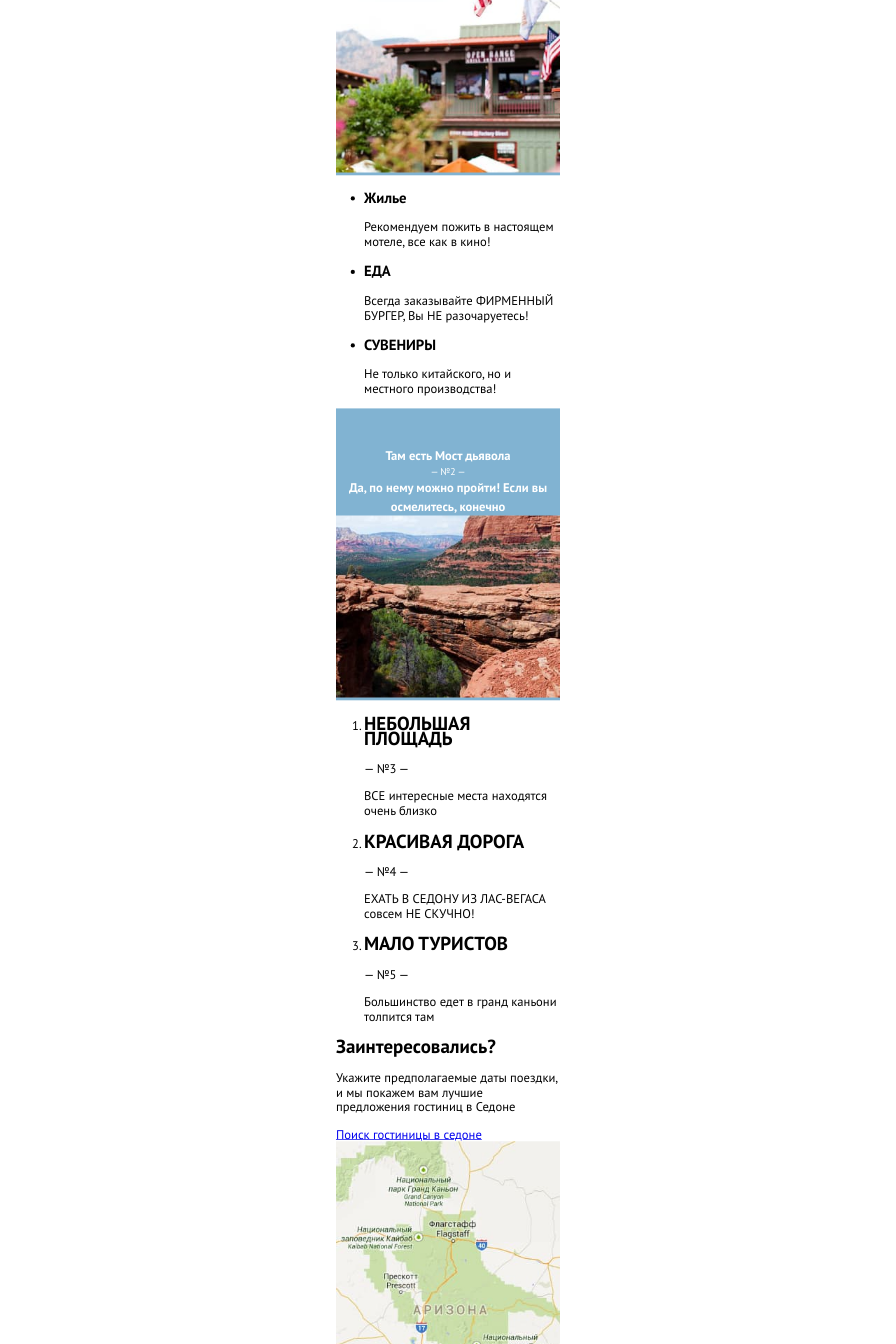
Repository: iKrekus/2149661-sedona-27
Page: source/index.html
An editor plug-in stored every save of this project. The page is shown before and after the next save, followed by the edit.
The browser window is 1280 px wide. The pictures show the part of the page from y = 789 to 2709 px (the page is 2890 px tall before and 2970 px after), at 70% of full size.
The style sheet was rebuilt from its Sass, Less or Tailwind sources for each picture, by a compiler version that may differ from the author's.

Above is the page before, as saved 2022-12-04 21:10:29.

### source/index.html
<!DOCTYPE html>
<html class="page" lang="ru">
  <head>
    <meta charset="utf-8">
    <link rel="stylesheet" href="css/style.css">
    <title>HTML Academy: Седона</title>
  </head>
<body class="page__body">
  <header class="main-header">
    <a class="main-header__logo">
      <img src="img/logos/logo.svg" width="185" height="96" alt="Логотип 'Седона'.">
    </a>
    <div class="main-nav">
      <button class="main-nav__toggle" type="button">
        <span class="visually-hidden">Меню</span>
        <svg width="23" height="22" viewBox="0 0 23 22" fill="currentColor" xmlns="http://www.w3.org/2000/svg"><path d="M22.9 0H0v4h22.9V0ZM22.9 9H0v4h22.9V9ZM22.9 18H0v4h22.9v-4Z"/></svg>
      </button>
      <nav class="main-nav__wrapper main-nav__wrapper--hidden">
        <a class="main-nav__item main-nav__item--current" href="index.html">
          Главная
        </a>
        <a class="main-nav__item" href="catalog.html">
          Фото и видео
        </a>
        <a class="main-nav__item" href="form.html">
          Форма отзыва
        </a>
        <a class="main-nav__item" href="https://htmlacademy.ru/">
          HTMLACADEMY
        </a>
      </nav>
      <button class="main-nav__toggle main-nav__toggle--close" type="button">
        <span class="visually-hidden">Закрыть</span>
        <svg width="23" height="23" viewBox="0 0 23 23" fill="currentColor" xmlns="http://www.w3.org/2000/svg"><path d="M22.2 2.8 19.4 0l-8.3 8.3L2.8 0 0 2.8l8.3 8.3L0 19.4l2.8 2.8 8.3-8.3 8.3 8.3 2.8-2.8-8.3-8.3 8.3-8.3Z"/></svg>
      </button>
    </div>
  </header>
  <main class="main-container">
    <h1 class="visually-hidden">Поиск гостиниц в Седоне</h1>
      <section class="hero-block">
        <div class="hero-text-wrapper">
          <h2 class="hero-block__title">
            СЕДОНА — небольшой городок в АРИЗОНЕ,<br> заслуживающий большего!
          </h2>
          <p class="hero-block__description">
            Рассмотрим 5 причин, по которым Седона круче, чем гранд каньон!
          </p>
        </div>
      </section>
    <section class="features">
        <h3 class="features__features-title">
          НАСТОЯЩИЙ ГОРОДОК
        </h3>
        <p class="features__features-divider">
          <!--Далее будет сделан через псевдоэлемент Или потом будет выводится, как номер пункта в списке, если переделать features в список-->
          — №1 —
        </p>
        <p class="features__features-description">
          СЕДОНА НЕ АТТРАКЦИОН ДЛЯ ТУРИСТОВ, ТАМ ТЕЧЕТ СВОЯ ЖИЗНЬ
        </p>
      <img src="img/photo/sedona-town-mobile.jpg" alt="Фото Города." width="320" height="260">
    </section>
    <section class="advantages">
      <ul class="advantages__list advantages__list--no-number">
        <li class="advantages__item">
          <h3 class="advantages__title">
            Жилье
          </h3>
          <p class="advantages__description">
            Рекомендуем пожить в настоящем мотеле, все как в кино!
          </p>
        </li>
        <li class="advantages__item">
          <h3 class="advantages__title">
            ЕДА
          </h3>
          <p class="advantages__description">
            Всегда заказывайте ФИРМЕННЫЙ БУРГЕР, Вы НЕ разочаруетесь!
          </p>
        </li>
        <li class="advantages__item">
          <h3 class="advantages__title">
            СУВЕНИРЫ
          </h3>
          <p class="advantages__description">
            Не только китайского, но и местного производства!
          </p>
        </li>
      </ul>
    </section>
    <section class="features">
        <h3 class="features__features-title">
          Там есть Мост дьявола
        </h3>
        <p class="features__features-divider">
          <!--Далее будет сделан через псевдоэлемент Или потом будет выводится, как номер пункта в списке, если переделать features в список-->
          — №2 —
        </p>
        <p class="features__features-title">
          Да, по нему можно пройти! Если вы осмелитесь, конечно
        </p>
      <img src="img/photo/devil-gridge-mobile.jpg" alt="Фото - 'Мост дьявола'." width="320" height="260">
    </section>
    <section class="advantages">
      <ol class="advantages__list">
        <li class="advantages__item">
          <h2 class="advantages__title">
            НЕБОЛЬШАЯ ПЛОЩАДЬ
          </h2>
          <p class="advantages__advantages-divider">
            <!--Далее будет сделан через псевдоэлемент Или потом будет выводится, как номер пункта в списке, если переделать features в список-->
            — №3 —
          </p>
          <p class="advantages__description">
            ВСЕ интересные места находятся очень близко
          </p>
        </li>
        <li class="advantages__item">
          <h2 class="advantages__title">
            КРАСИВАЯ ДОРОГА
          </h2>
          <p class="advantages__advantages-divider">
            <!--Далее будет сделан через псевдоэлемент Или потом будет выводится, как номер пункта в списке, если переделать features в список-->
            — №4 —
          </p>
          <p class="advantages__description">
            ЕХАТЬ В СЕДОНУ ИЗ ЛАС-ВЕГАСА совсем НЕ СКУЧНО!
          </p>
        </li>
        <li class="advantages__item">
          <h2 class="advantages__title">
            МАЛО ТУРИСТОВ
          </h2>
          <p class="advantages__advantages-divider">
            <!--Далее будет сделан через псевдоэлемент Или потом будет выводится, как номер пункта в списке, если переделать features в список-->
            — №5 —
          </p>
          <p class="advantages__description">
            Большинство едет в гранд каньони толпится там
          </p>
        </li>
      </ol>
    </section>
    <section class="action-form">
      <h2 class="action-form__title">Заинтересовались?</h2>
      <p class="action-form__description">Укажите предполагаемые даты поездки,<br>и мы покажем вам лучшие предложения гостиниц в Седоне</p>
      <a class="action-form__link button button-serch" href="#">Поиск гостиницы в седоне</a>
    </section>
    <div class="search-map">
      <img src="img/photo/map-mobile.jpg" alt="Карта." width="320" height="350">
    </div>
  </main>
  <footer class="main-footer">
    <p class="main-footer__title">
      #visitSEDONA
    </p>
      <div class="main-footer__social">
          <a class="main-footer__link button" href="https://vk.com/htmlacademy">
              <span class="visually-hidden">Вконтакте</span>
              <svg aria-hidden="true" focusable="false" width="24" height="14" fill="none" xmlns="http://www.w3.org/2000/svg">
                <path fill-rule="evenodd" clip-rule="evenodd" d="M24.116 1.804c.166-.546 0-.948-.795-.948h-2.625c-.668 0-.976.347-1.143.73 0 0-1.335 3.196-3.226 5.272-.612.602-.89.793-1.224.793-.167 0-.418-.19-.418-.738V1.804c0-.656-.184-.948-.74-.948H9.817c-.417
              0-.668.304-.668.593 0 .621.946.765 1.043 2.513V7.76c0 .833-.153.984-.487.984-.89 0-3.055-3.21-4.34-6.885-.249-.715-.5-1.003-1.172-1.003H1.566c-.75 0-.9.347-.9.73 0 .682.89 4.07 4.145 8.551 2.17 3.06 5.225 4.72 8.008 4.72 1.67 0 1.875-.369
              1.875-1.004V11.54c0-.737.158-.884.687-.884.39 0 1.057.192 2.615 1.667 1.78 1.75 2.073 2.533 3.075 2.533h2.625c.75 0 1.126-.368.91-1.096-.238-.724-1.088-1.775-2.215-3.022-.612-.71-1.53-1.475-1.809-1.858-.389-.49-.278-.71 0-1.147 0 0 3.2-4.426
              3.533-5.929h.001Z" fill="#83B3D3"/>
              </svg>
          </a>
          <a class="main-footer__link button" href="https://t.me/htmlacademy">
              <span class="visually-hidden">Телеграмм</span>
              <svg aria-hidden="true" focusable="false" width="18" height="16" fill="none" xmlns="http://www.w3.org/2000/svg">
                <path d="M16.79.96.84 7.1c-1.09.44-1.08 1.05-.2 1.32l4.1 1.28 9.47-5.98c.44-.27.85-.13.52.17l-7.68 6.93-.28 4.22c.41 0 .6-.2.83-.41l1.99-1.94 4.13 3.06c.77.42 1.31.2 1.5-.71l2.72-12.8c.28-1.1-.43-1.61-1.16-1.28Z" fill="#83B3D3"/>
              </svg>
          </a>
          <a class="main-footer__link button" href="https://www.youtube.com/user/htmlacademyru">
              <span class="visually-hidden">Youtube</span>
              <svg aria-hidden="true" focusable="false" width="22" height="17" fill="none" xmlns="http://www.w3.org/2000/svg">
                <path d="M18.94.356H3.507C1.647.356.333 1.95.333 3.756V13.85c0 1.913 1.314 3.506 3.174 3.506H19.16c1.642 0 3.174-1.593 3.174-3.4v-10.2c-.219-1.806-1.532-3.4-3.393-3.4ZM7.995 12.894V4.819l7.333 4.037-7.333 4.038Z" fill="#83B3D3"/>
              </svg>
          </a>
      </div>
      <div class="copyrirht-footer-wrapper">
        <div class="copyrirht-footer">
          <a class="copyrirht-footer__link" href="https://htmlacademy.ru/">
            <span class="copyrirht-footer__description">Разарботанно</span>
            <span class="visually-hidden">HTML Academy</span>
            <svg xmlns="http://www.w3.org/2000/svg" viewBox="0 0 60 60" width="27" height="34"><path fill="#000000" d="M30.2 5h-.2l-19.7 2.1v36.2l19.7 11.7 19.7-11.7v-36.2l-19.5-2.1zm17 36.8l-17.2 10.2-17.2-10.2v-14.8l17.1 10.2v1.8l-11.7-7v1.8l11.8 7.1v1.9l-11.8-7v1.8l11.8 7 11.9-7.1v-7.6l5.3-3.2v15.1zm-.1-17l-4.7 2.8-2.2 1.3-10.3-6.1v1.8l8.8 5.3h-.1l-.2.1-1.3.7-7.3-4.3v1.8l5.8 3.4-1.4.9-4.3-2.6v1.8l2.9 1.7-2.9 1.7-17-10.1 17-10.2 17.2 10zm.1-1.8l-17.3-10.2-17.1 10.2v-13.6l17.2-1.8 17.2 1.8v13.6z"/></svg>
          </a>
        </div>
      </div>
  </footer>
</body>
</html>

### source/sass/style.scss
// Начните писать стили здесь
@use "./blocks/mixins.scss";
@use "./blocks/variables.scss";
@use "./blocks/header/main-header.scss";
@use "./blocks/header/main-container.scss";
@use "./blocks/header/main-nav.scss";
@use "./blocks/body/hero-block.scss";
@use "./blocks/body/features.scss";


@font-face {
  font-family: "PT sans";
  src: url("../fonts/ptsans.woff") format("woof"), url("../fonts/ptsans.woff2") format("woff2");
  font-style: normal;
  font-weight: 400;
  font-display: swap;
}

@font-face {
  font-family: "PT sans";
  src: url("../fonts/ptsansbold.woff") format("woof"), url("../fonts/ptsansbold.woff2") format("woff2");
  font-style: normal;
  font-weight: 700;
  font-display: swap;
}

/* .page__body */
body {
  font-family: "PT Sans", sans-serif;
  font-size: 18px;
  font-style: normal;
  font-weight: 400;
  line-height: 21px;
  display: -webkit-box;
  display: -ms-flexbox;
  display: flex;
  -webkit-box-orient: vertical;
  -webkit-box-direction: normal;
  -ms-flex-direction: column;
  flex-direction: column;
  min-height: 100%;
  width: 320px;
  margin: 0 auto;
}

.visually-hidden {
  position: absolute;
  width: 1px;
  height: 1px;
  margin: -1px;
  border: 0;
  padding: 0;
  white-space: nowrap;
  clip-path: inset(100%);
  clip: rect(0 0 0 0);
  overflow: hidden;
}

### source/sass/blocks/mixins.scss

//Mixins for text
@mixin font-title-mob {
  font-weight: 700;
  font-size: 18px;
  line-height: 26px;
}

@mixin font-description-mob {
  font-weight: 400;
  font-size: 14px;
  line-height: 21px;
}

//Mixins to blocks
//Vertical middle centred block

### source/sass/blocks/variables.scss
//Variable colors
$primary-text-color: #000000;
$secondary-text-color: #333333;
$light-text-color: #ffffff;

### source/sass/blocks/header/main-header.scss
@use "../mixins.scss" as mixin;
@use "../variables.scss" as var;

.main-header {
  background-color: #ffffff;
  position: relative;
}

.main-header__logo {
  position: absolute;
  z-index: 1;
  left: 50%;
  transform: translateX(-50%);
}

/* .main-header__menu {
  width: 100%;
  min-height: 56px;
} */

### source/sass/blocks/header/main-container.scss
@use "../mixins.scss" as mixin;
@use "../variables.scss" as var;

### source/sass/blocks/header/main-nav.scss
@use "../mixins.scss" as mixin;
@use "../variables.scss" as var;

.main-nav {
  width: 100%;
  min-height: 56px;
  display: flex;
  justify-content: center;
  align-items: center;
  position: relative;
}

.main-nav__wrapper {
  display: flex;
  flex-direction: column;
  justify-content: center;
  width: 100%;
  position: absolute;
  top: 0;

  &--hidden {
    display: none;
  }
}

.main-nav__toggle {
  position: absolute;
  right: 20px;
  top: 17px;
  background: none;
  border: none;
  padding: 0;
  margin: 0;
  color: #81b3d2;

  &--close {
    color: #ffffff;
    z-index: 2;
    cursor: pointer;
    display: none;
  }
}

.main-nav__item {
  text-align: center;
  text-decoration: none;
  padding: 17px 20px 12px;
  box-sizing: border-box;
  font-weight: 700;
  font-size: 18px;
  line-height: 26px;
  text-transform: uppercase;
  color: #ffffff;
  border-bottom: 1px solid #678fa8;
  background-color: #80b2d1;
  z-index: 2;

  &--current {
    background-color: #678fa8;
  }
}

.main-nav__item:not(:first-child) {
  border-top: 1px solid #e7e5e5;
}

.main-nav__item:last-child {
  box-shadow: inset 0 -5px 5px -6px #000000;
}

### source/sass/blocks/body/hero-block.scss
@use "../mixins.scss" as mixin;
@use "../variables.scss" as var;

.hero-block {
  position: relative;

  &::before {
    content: " ";
    display: block;
    min-height: 389px;
    width: 100%;
    background: url("../img/bacgrounds/divider.svg") no-repeat center bottom, url("../img/bacgrounds/hero-title.svg") no-repeat center 51px, #d3e4ee url("../img/bacgrounds/background-hero-mobile.jpg") no-repeat center;
  }

  &::after {
    content: "";
    display: block;
    position: absolute;
    height: 37px;
    bottom: -37px;
    width: 100%;
    background: url("../img/bacgrounds/divider-bottom.svg") no-repeat center bottom;
  }
}

.hero-text-wrapper {
  padding: 0 30px;
  padding-top: 32px;
  position: relative;
}

.hero-block__title {
  text-transform: uppercase;
  text-align: center;

  @include mixin.font-title-mob;
  color: var.$primary-text-color;
  margin: 0;
}

.hero-block__description {
  padding-top: 35px;
  text-transform: uppercase;
  text-align: center;

  @include mixin.font-description-mob;
  color: var.$secondary-text-color;
  margin: 0;
}

### source/sass/blocks/body/features.scss
@use "../mixins.scss" as mixin;
@use "../variables.scss" as var;

.features {
  background-color: #81b3d2;
  padding-top: 54px;
  text-align: center;
}

.features__features-title {
  @include mixin.font-title-mob;
  color: var.$light-text-color;
  margin: 0;
}

.features__features-divider {
  @include mixin.font-description-mob;
  color: var.$light-text-color;
  margin: 0;
}

.features__features-description {
  @include mixin.font-description-mob;
  color: var.$light-text-color;
  margin: 0;
}

After the next save:
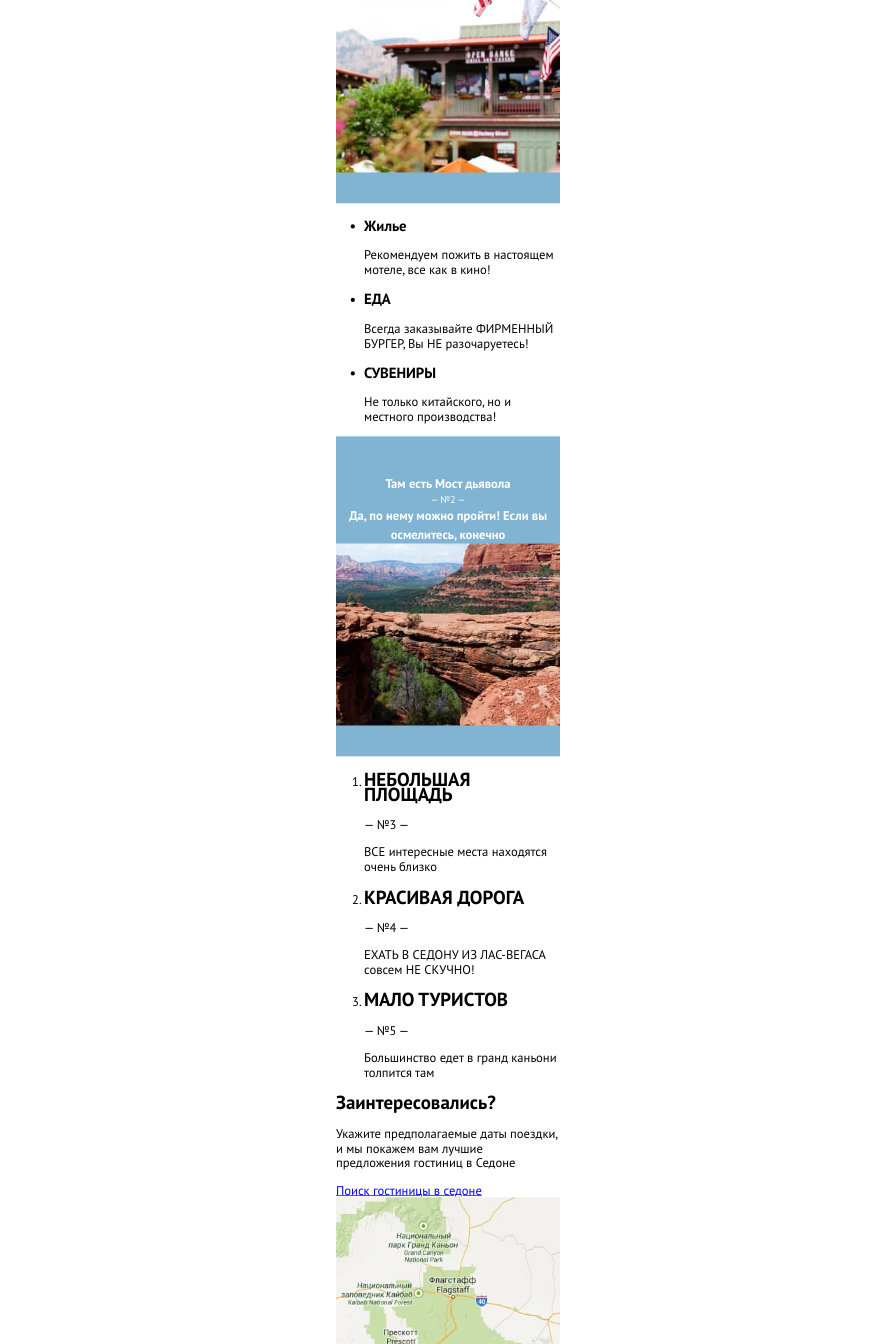
Saved 5 min 37 s later.
--- a/source/sass/blocks/body/features.scss
+++ b/source/sass/blocks/body/features.scss
@@ -4,6 +4,7 @@
 .features {
   background-color: #81b3d2;
   padding-top: 54px;
+  padding-bottom: 40px;
   text-align: center;
 }
 

After the save that followed:
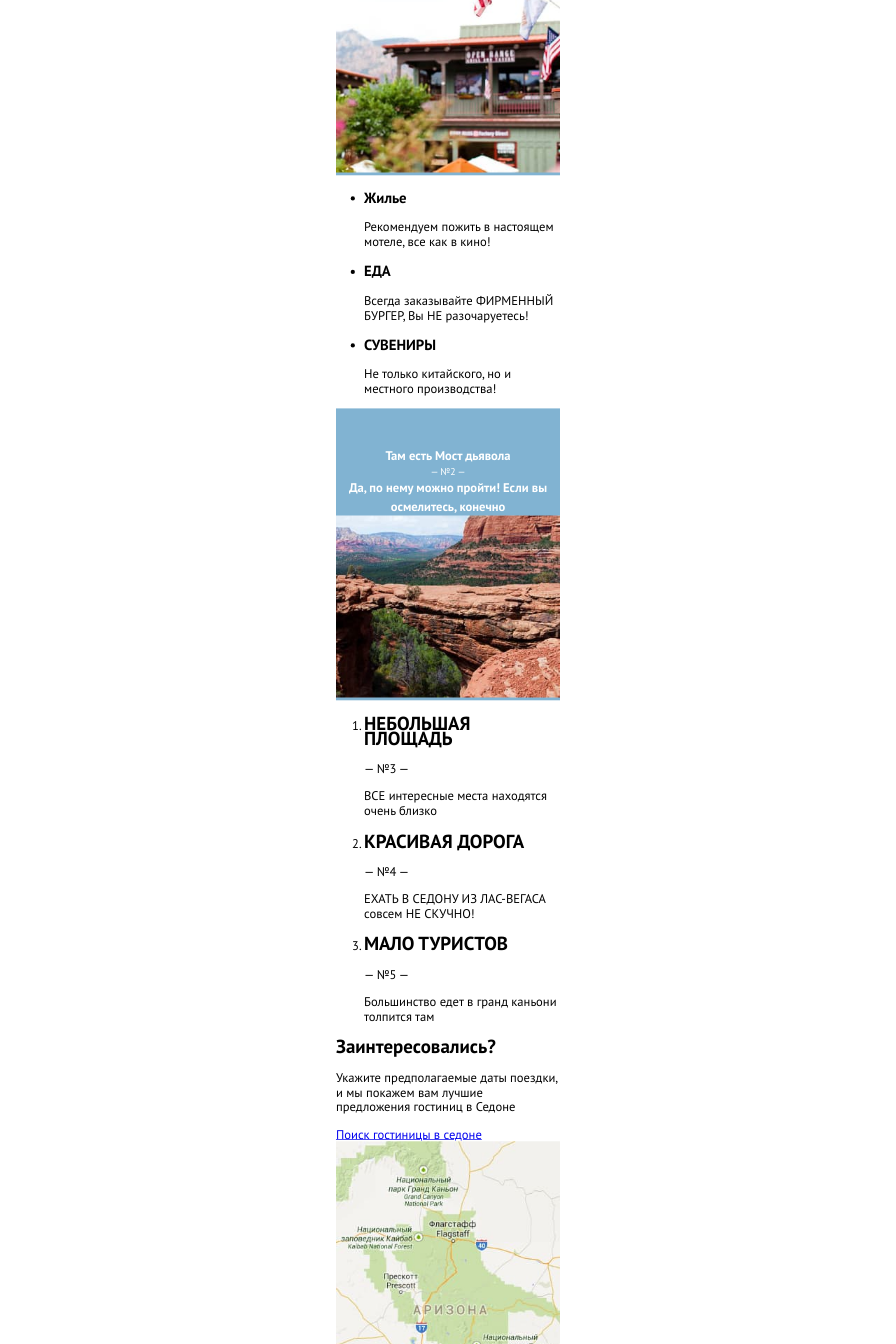
Saved 26 s later.
--- a/source/sass/blocks/body/features.scss
+++ b/source/sass/blocks/body/features.scss
@@ -4,7 +4,6 @@
 .features {
   background-color: #81b3d2;
   padding-top: 54px;
-  padding-bottom: 40px;
   text-align: center;
 }
 
